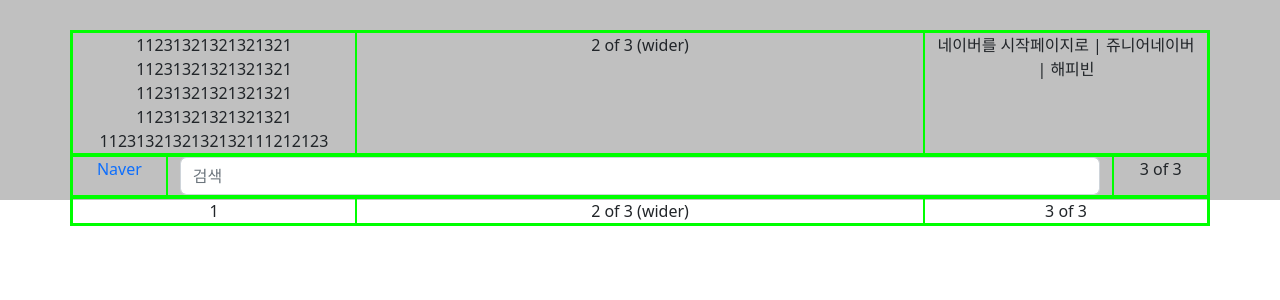
Repository: golddrone7/front
Page: http://localhost/project03/naver/index.jsp
The author's editor kept a copy of each file at every save. The page is drawn from the files as they stood at one save, then again after the next save.
The browser window is 1280 px wide. The pictures show the whole page.
The page is served by Tomcat 9.

Above is the page before, as saved 2023-02-28 07:16:47.

### project03/naver/index.jsp
<%@ page language="java" contentType="text/html; charset=UTF-8"
    pageEncoding="UTF-8"%>
<!DOCTYPE html>
<html>
<head>
<meta charset="UTF-8">
<title>Insert title here</title>
<link href="https://cdn.jsdelivr.net/npm/bootstrap@5.2.3/dist/css/bootstrap.min.css" rel="stylesheet">
<script src="https://cdn.jsdelivr.net/npm/bootstrap@5.2.3/dist/js/bootstrap.bundle.min.js" ></script>
<style type="text/css">
body {
	margin: 0px;
}
nav {
	background-color: silver;
	height: 200px;
	width: 100%;
	padding: 30px;
}

div {
	border: 1px solid lime;
}
</style>
</head>
<body>
<nav>
<div class="container text-center mx-auto overflow-hidden">
  <div class="row">
    <div class="col">
      11231321321321321 11231321321321321 11231321321321321 11231321321321321 1123132132132132111212123
    </div>
    <div class="col-6">
      2 of 3 (wider)
    </div>
    <div class="col">
      네이버를 시작페이지로 | 쥬니어네이버 | 해피빈
    </div>
  </div>
    <div class="row">
    <div class="col text-primary">
      Naver
    </div>
    <div class="col-10">
 	   <input type="email" class="form-control" id="exampleFormControlInput1" placeholder="검색">
    </div>
    <div class="col">
      3 of 3
    </div>
  </div>
    <div class="row">
    <div class="col">
      1
    </div>
    <div class="col-6">
      2 of 3 (wider)
    </div>
    <div class="col">
      3 of 3
    </div>
  </div>
</div>
</nav>



</body>
</html>

After the next save:
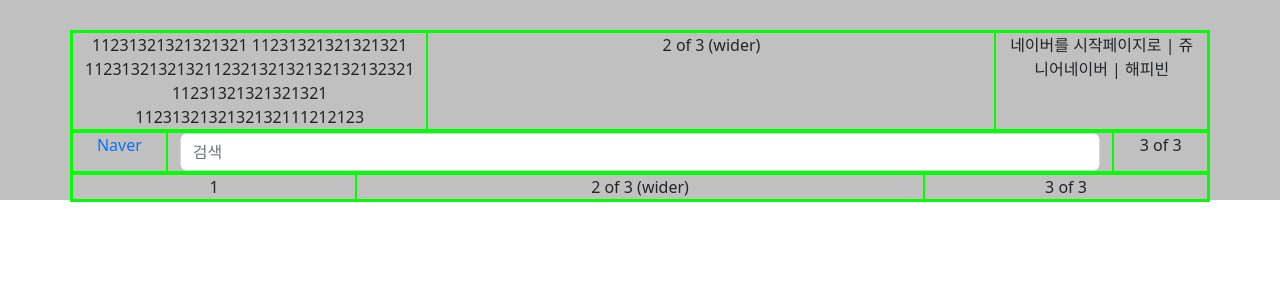
Saved 8 s later.
--- a/project03/naver/index.jsp
+++ b/project03/naver/index.jsp
@@ -28,7 +28,7 @@
 <div class="container text-center mx-auto overflow-hidden">
   <div class="row">
     <div class="col">
-      11231321321321321 11231321321321321 11231321321321321 11231321321321321 1123132132132132111212123
+      11231321321321321 11231321321321321 112313213213211232132132132132132321 11231321321321321 1123132132132132111212123
     </div>
     <div class="col-6">
       2 of 3 (wider)
